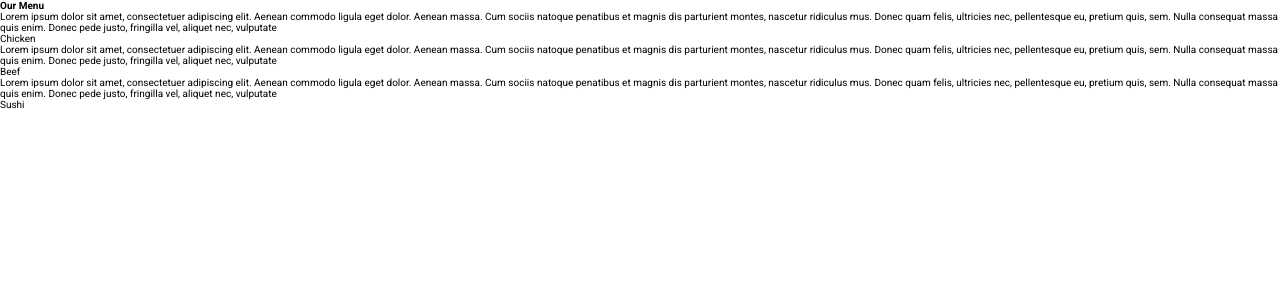
Repository: Normandy72/module2-solution
Page: index.html
An editor plug-in stored every save of this project. The page is shown before and after the next save, followed by the edit.
The browser window is 1280 px wide. The pictures show the whole page.

Above is the page before, as saved 2022-12-05 14:40:43.

After the next save:
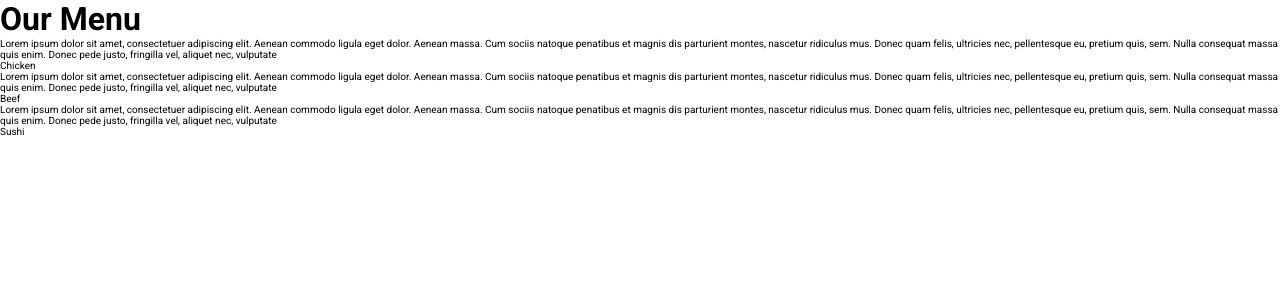
Saved 39 s later.
--- a/styles/style.css
+++ b/styles/style.css
@@ -6,3 +6,7 @@
     padding: 0;
     box-sizing: border-box;
 }
+
+h1{
+    font-size: 3.2rem;
+}
